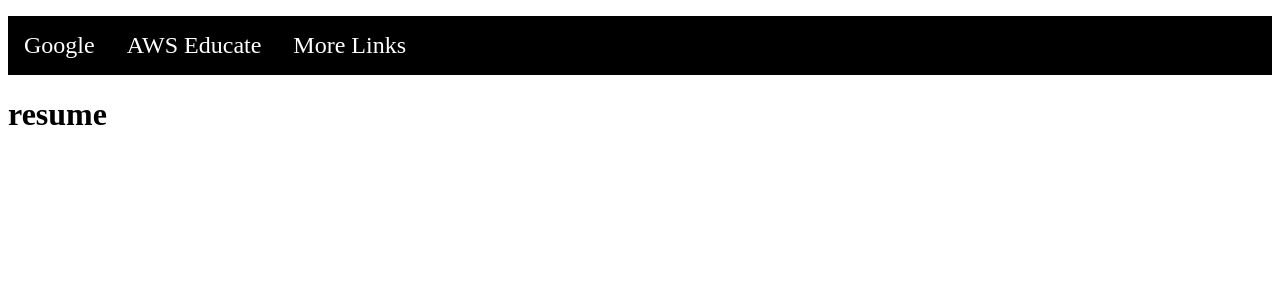
Repository: Dankusmemius/Dankusmemius.github.io
Page: resume.html
The author's editor kept a record of every edit. The page is drawn from the files as they stood at one moment, then again after the next edit.
The browser window is 1280 px wide. The pictures show the whole page.

Above is the page before.

### resume.html
<!DOCTYPE html>
<html>
  <head>
  <title>Home</title>
  <style>

    .navbar{
      list-style: none;
      background-color: black;
      overflow: hidden;
      padding: 0;
    }

    .navbar a, .dropdown div{
      text-decoration: none;
      color: white;
      font-size: 24px;
      padding: 16px;
      display: inline-block;
    }
    .navbar li{
      float: left;
    }

    .navbar li:hover{
      background-color: brown;
    }

    .dropdown-content{
      list-style: none;
      padding: 0;
      display: none;
      position: absolute;
      z-index: 1;
      background-color: black;
    }

    .dropdown-content li{
      float:none;
    }

    .dropdown:hover .dropdown-content{
      display: block;
    }

  </style>

  </head>
  <body>
    <ul class="navbar">
      <li><a href="https://www.google.com">Google</a></li>
      <li><a href="http://awseducate.com">AWS Educate</a></li>
      <li class = "dropdown">
        <div>More Links</div>
        <ul class="dropdown-content">
          <li><a href="#">Project 1</a></li>
          <li><a href="#">Project 2</a></li>
          <li><a href="#">Project 3</a></li>
        </ul>
      </li>

    </ul>
    <h1>resume</h1>

  </body>
</html>

After the next edit:
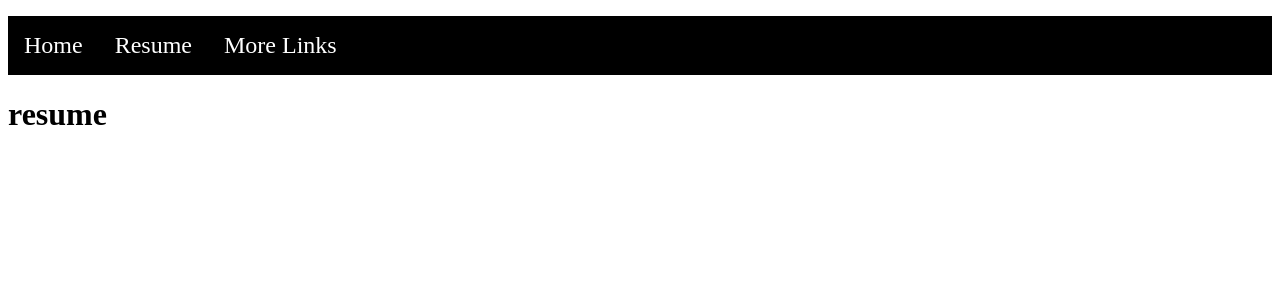
The edit:
--- a/resume.html
+++ b/resume.html
@@ -48,8 +48,8 @@
   </head>
   <body>
     <ul class="navbar">
-      <li><a href="https://www.google.com">Google</a></li>
-      <li><a href="http://awseducate.com">AWS Educate</a></li>
+      <li><a href="/index.html">Home</a></li>
+      <li class="active"><a href="resume.html">Resume</a></li>
       <li class = "dropdown">
         <div>More Links</div>
         <ul class="dropdown-content">
